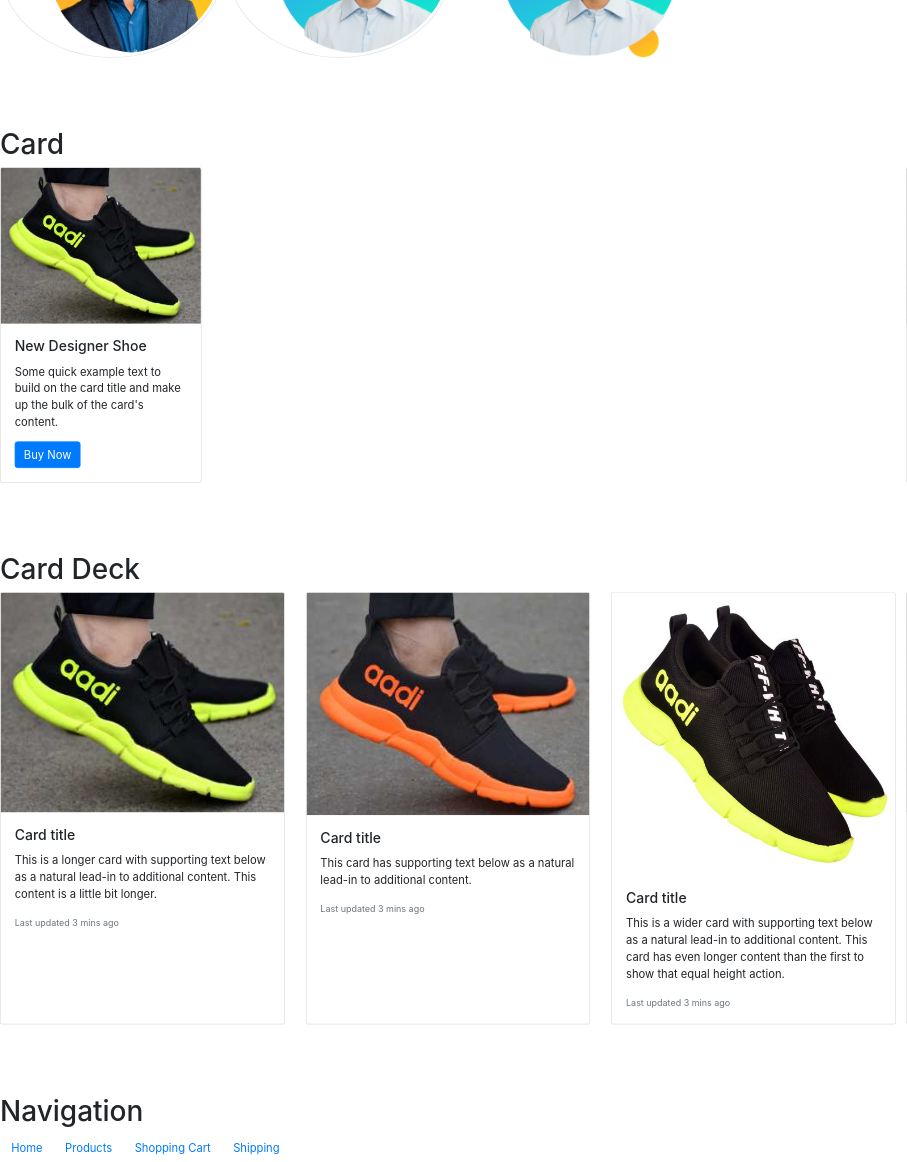
Repository: mohsinfarabi/bootstrap-practice
Page: index.html
The author's editor kept a copy of each file at every save. The page is drawn from the files as they stood at one save, then again after the next save.
The browser window is 1280 px wide. The page is 1295 px wide, so the pictures cover 1295 px, including what lies to the right of the window. The pictures show the part of the page from y = 1401 to 3281 px (the page is 3061 px tall before and 3281 px after), at 70% of full size.

Above is the page before, as saved 2020-07-06 03:27:55.

### index.html
<!DOCTYPE html>
<html lang="en">

<head>
    <meta charset="UTF-8">
    <meta name="viewport" content="width=device-width, initial-scale=1.0">
    <title>Document</title>
    <link rel="stylesheet" href="css\bootstrap\css\bootstrap.min.css">
    <style>
        h1 {
            margin-top: 100px;
        }
    </style>
</head>

<body>
    <nav class="navbar navbar-expand-lg fixed-top navbar-light bg-light">
        <a class="navbar-brand" href="#">Navbar</a>
        <button class="navbar-toggler" type="button" data-toggle="collapse" data-target="#navbarSupportedContent" aria-controls="navbarSupportedContent" aria-expanded="false" aria-label="Toggle navigation">
          <span class="navbar-toggler-icon"></span>
        </button>

        <div class="collapse navbar-collapse" id="navbarSupportedContent">
            <ul class="navbar-nav mr-auto">
                <li class="nav-item active">
                    <a class="nav-link" href="#">Home <span class="sr-only">(current)</span></a>
                </li>
                <li class="nav-item">
                    <a class="nav-link" href="#">Link</a>
                </li>
                <li class="nav-item dropdown">
                    <a class="nav-link dropdown-toggle" href="#" id="navbarDropdown" role="button" data-toggle="dropdown" aria-haspopup="true" aria-expanded="false">
                Dropdown
              </a>
                    <div class="dropdown-menu" aria-labelledby="navbarDropdown">
                        <a class="dropdown-item" href="#">Action</a>
                        <a class="dropdown-item" href="#">Another action</a>
                        <div class="dropdown-divider"></div>
                        <a class="dropdown-item" href="#">Something else here</a>
                    </div>
                </li>
                <li class="nav-item">
                    <a class="nav-link disabled" href="#" tabindex="-1" aria-disabled="true">Disabled</a>
                </li>
            </ul>
            <form class="form-inline my-2 my-lg-0">
                <input class="form-control mr-sm-2" type="search" placeholder="Search" aria-label="Search">
                <button class="btn btn-outline-success my-2 my-sm-0" type="submit">Search</button>
            </form>
        </div>
    </nav>
    <h1>Hello From Bootstrap</h1>
    <h1>Buttons</h1>
    <button class="btn btn-primary">My Button</button>
    <button class="btn btn-secondary">My Secondary</button>
    <button class="btn btn-success">Success</button>
    <button class="btn btn-warning">Warning</button>
    <button class="btn btn-danger">Danger</button>

    <h1>Colors</h1>
    <p class="text-primary">This is my first paragraph</p>
    <p class="text-danger">I am the dangerman</p>

    <h1>Backgrounds</h1>
    <div class="bg-primary text-white">
        <h1>My news</h1>
        <p>I am Learning Bootstrap</p>
    </div>
    <div class="bg-warning text-white">
        <h1>My Hobby</h1>
        <p>Scroll facebook and watch moview</p>
    </div>

    <h1>Images</h1>
    <img src="images/profile1.png" class="img-fluid w-25 rounded-circle img-thumbnail" alt="">
    <img src="images/profile2.png" class="img-fluid w-25 rounded-circle img-thumbnail" alt="">
    <img src="images/profile2.png" class="img-fluid w-25" alt="">

    <h1>Card</h1>
    <div class="card" style="width: 18rem;">
        <img src="images/card1.jpeg" class="card-img-top" alt="...">
        <div class="card-body">
            <h5 class="card-title">New Designer Shoe</h5>
            <p class="card-text">Some quick example text to build on the card title and make up the bulk of the card's content.</p>
            <a href="#" class="btn btn-primary">Buy Now</a>
        </div>
    </div>
    <h1>Card Deck</h1>
    <div class="card-deck">
        <div class="card">
            <img src="images/card1.jpeg" class="card-img-top" alt="...">
            <div class="card-body">
                <h5 class="card-title">Card title</h5>
                <p class="card-text">This is a longer card with supporting text below as a natural lead-in to additional content. This content is a little bit longer.</p>
                <p class="card-text"><small class="text-muted">Last updated 3 mins ago</small></p>
            </div>
        </div>
        <div class="card">
            <img src="images/card2.jpeg" class="card-img-top" alt="...">
            <div class="card-body">
                <h5 class="card-title">Card title</h5>
                <p class="card-text">This card has supporting text below as a natural lead-in to additional content.</p>
                <p class="card-text"><small class="text-muted">Last updated 3 mins ago</small></p>
            </div>
        </div>
        <div class="card">
            <img src="images/card4.jpg" class="card-img-top" alt="...">
            <div class="card-body">
                <h5 class="card-title">Card title</h5>
                <p class="card-text">This is a wider card with supporting text below as a natural lead-in to additional content. This card has even longer content than the first to show that equal height action.</p>
                <p class="card-text"><small class="text-muted">Last updated 3 mins ago</small></p>
            </div>
        </div>
    </div>
    <h1>Navigation</h1>
    <nav class="nav">
        <a class="nav-link" href="">Home</a>
        <a class="nav-link" href="">Products</a>
        <a class="nav-link" href="">Shopping Cart</a>
        <a class="nav-link" href="">Shipping</a>
    </nav>
    <script src="https://code.jquery.com/jquery-3.5.1.slim.min.js" integrity="sha384-DfXdz2htPH0lsSSs5nCTpuj/zy4C+OGpamoFVy38MVBnE+IbbVYUew+OrCXaRkfj" crossorigin="anonymous"></script>
    <script src="https://cdn.jsdelivr.net/npm/popper.js@1.16.0/dist/umd/popper.min.js" integrity="sha384-Q6E9RHvbIyZFJoft+2mJbHaEWldlvI9IOYy5n3zV9zzTtmI3UksdQRVvoxMfooAo" crossorigin="anonymous"></script>
    <script src="https://stackpath.bootstrapcdn.com/bootstrap/4.5.0/js/bootstrap.min.js" integrity="sha384-OgVRvuATP1z7JjHLkuOU7Xw704+h835Lr+6QL9UvYjZE3Ipu6Tp75j7Bh/kR0JKI" crossorigin="anonymous"></script>
</body>

</html>

Loaded but not shown: css/bootstrap/css/bootstrap.min.css (library)

After the next save:
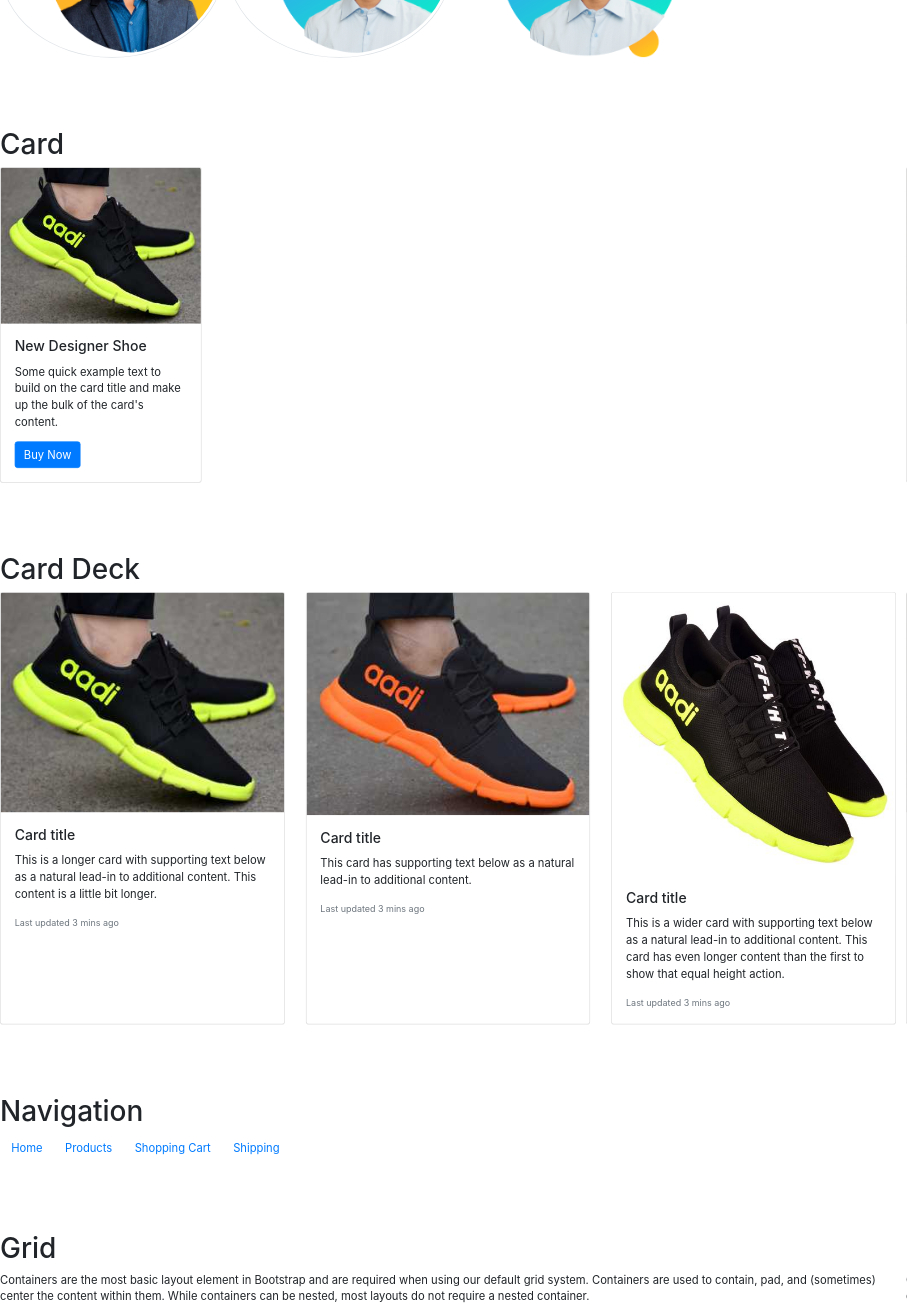
Saved 13 min 58 s later.
--- a/index.html
+++ b/index.html
@@ -119,9 +119,16 @@
         <a class="nav-link" href="">Shopping Cart</a>
         <a class="nav-link" href="">Shipping</a>
     </nav>
+
+    <h1>Grid</h1>
+    <p>Containers are the most basic layout element in Bootstrap and are required when using our default grid system. Containers are used to contain, pad, and (sometimes) center the content within them. While containers can be nested, most layouts do not
+        require a nested container.</p>
+
     <script src="https://code.jquery.com/jquery-3.5.1.slim.min.js" integrity="sha384-DfXdz2htPH0lsSSs5nCTpuj/zy4C+OGpamoFVy38MVBnE+IbbVYUew+OrCXaRkfj" crossorigin="anonymous"></script>
     <script src="https://cdn.jsdelivr.net/npm/popper.js@1.16.0/dist/umd/popper.min.js" integrity="sha384-Q6E9RHvbIyZFJoft+2mJbHaEWldlvI9IOYy5n3zV9zzTtmI3UksdQRVvoxMfooAo" crossorigin="anonymous"></script>
     <script src="https://stackpath.bootstrapcdn.com/bootstrap/4.5.0/js/bootstrap.min.js" integrity="sha384-OgVRvuATP1z7JjHLkuOU7Xw704+h835Lr+6QL9UvYjZE3Ipu6Tp75j7Bh/kR0JKI" crossorigin="anonymous"></script>
+
+
 </body>
 
 </html>
